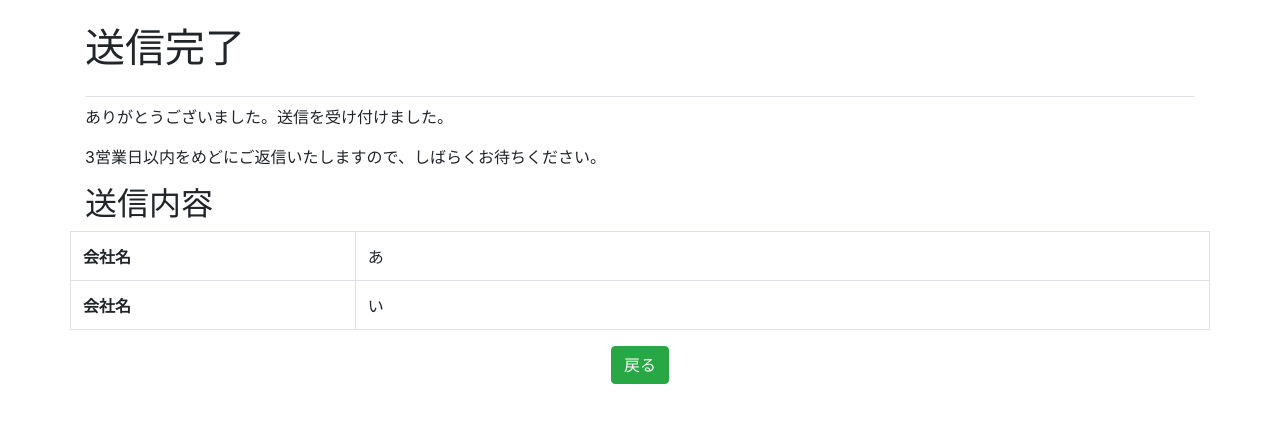
Repository: ryoino789/twitter-clone
Page: index.html
The author's editor kept a record of every edit. The page is drawn from the files as they stood at one moment, then again after the next edit.
The browser window is 1280 px wide. The pictures show the whole page.
Some web libraries are served in a nearby version.

Above is the page before.

After the next edit:
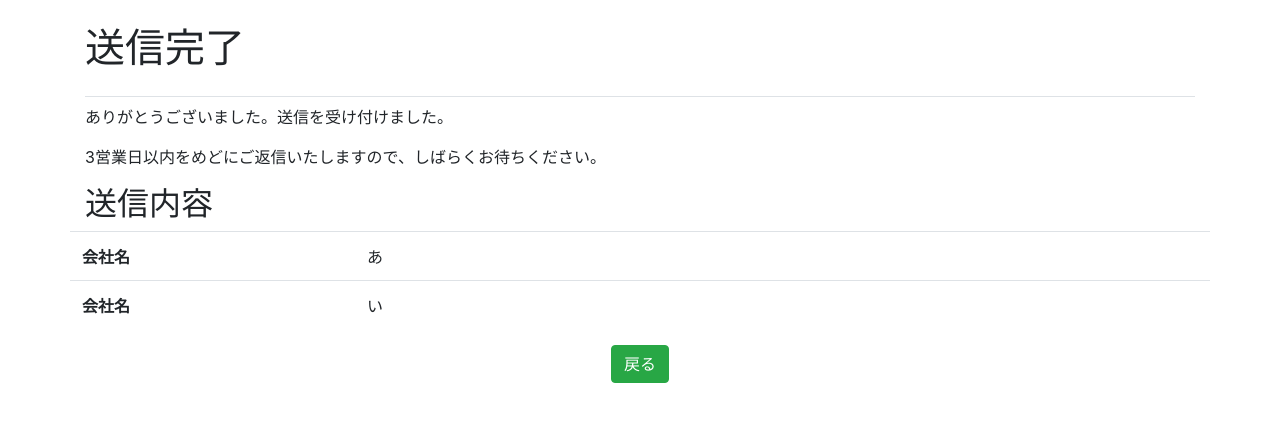
The edit:
--- a/index.html
+++ b/index.html
@@ -16,7 +16,7 @@
             <p>3営業日以内をめどにご返信いたしますので、しばらくお待ちください。</p>
             <div class="context row">
                 <h2 class="context-phrase col-3">送信内容</h2>
-                <table class="table table-bordered">
+                <table class="table">
                     <tr>
                         <th class="col-3 text-left">会社名</th>
                         <td class="col-9 text-left">あ</td>
